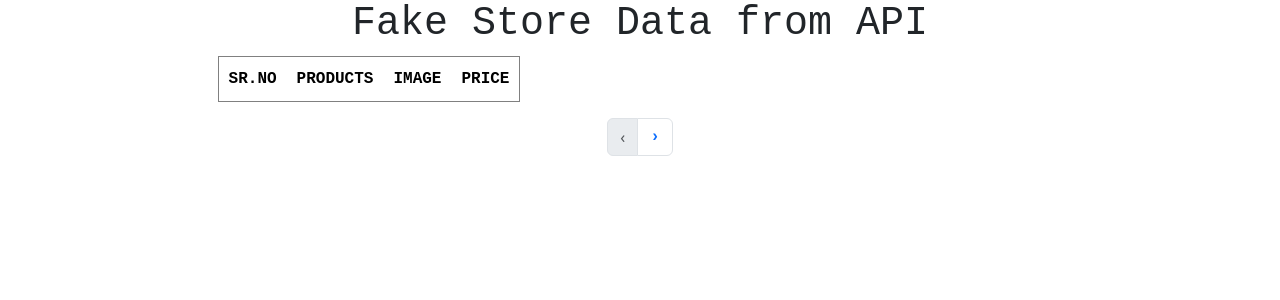
Repository: nisarg-patel612/Node_Integration_With_Frontend
Page: / (app in Frontend/FakeStore-API/)
An editor plug-in stored every save of this project. The page is shown before and after the next save, followed by the edit.
The browser window is 1280 px wide. The pictures show the whole page.
The page's requests for data from a server got no answer. The project was rebuilt for these pictures with package versions that can differ from the ones it lists, and the page was loaded fresh each time. No one was signed in, and anything a server would have sent is missing. Also part of the build but not shown: Frontend/FakeStore-API/vite.config.js, Frontend/FakeStore-API/src/index.css.

Above is the page before, as saved 2025-04-30 11:19:50.

### Frontend/FakeStore-API/src/App.jsx
import React from "react"
import './App.css'
import FakeStoreAPi from "./Components/Fake_Store_API"
import 'bootstrap/dist/css/bootstrap.min.css';


function App() {

  return (

    // Fake Store API
    <FakeStoreAPi />

  )
}

export default App

### Frontend/FakeStore-API/src/App.css
/* #root {
  max-width: 1280px;
  margin: 0 auto;
  padding: 2rem;
  text-align: center;
}

.logo {
  height: 6em;
  padding: 1.5em;
  will-change: filter;
  transition: filter 300ms;
}
.logo:hover {
  filter: drop-shadow(0 0 2em #646cffaa);
}
.logo.react:hover {
  filter: drop-shadow(0 0 2em #61dafbaa);
}

@keyframes logo-spin {
  from {
    transform: rotate(0deg);
  }
  to {
    transform: rotate(360deg);
  }
}

@media (prefers-reduced-motion: no-preference) {
  a:nth-of-type(2) .logo {
    animation: logo-spin infinite 20s linear;
  }
}

.card {
  padding: 2em;
}

.read-the-docs {
  color: #888;
} */


/* Fake_Store_API.jsx css code */
table {
  text-align: center;
  margin-left: 17%;
}
tr {
  color: black;
  font-size: large;
  font-weight: 600;
  font-family: monospace;
  text-transform: uppercase;
}
a {
  color: black;
  font-size: large;
  font-weight: 600;
  font-family: monospace;
  text-transform: uppercase;
}
td {
  font-size: large;
  font-family: math;
  font-weight: 600;
  font-family: monospace;
}
h1 {
  font-size: xx-large;
  font-family: math;
  font-weight: 600;
  font-family: monospace;
}
button.btn.btn-click {
  margin: 7px -214px 0 17%;
  background: grey;
  padding: 1%;
  width: 12%;
  font-family: monospace;
  font-weight: 700;
  font-size: x-large;
  color: azure;
}

### Frontend/FakeStore-API/src/Components/Fake_Store_API.jsx
import React, { useState, useEffect } from 'react';
import axios from 'axios';
import { Pagination } from 'react-bootstrap';

const FakeStoreAPi = () => {
    const [products, setProducts] = useState([]);
    const [currentPage, setCurrentPage] = useState(1);
    const itemsPerPage = 5;

    useEffect(() => {
        axios.get('http://localhost:5000/products')
            .then(response => setProducts(response.data))
            .catch(error => console.error('Error fetching data:', error));
    }, []);

    const indexOfLastItem = currentPage * itemsPerPage;
    const indexOfFirstItem = indexOfLastItem - itemsPerPage;
    const currentItems = products.slice(indexOfFirstItem, indexOfLastItem);

    const totalPages = Math.ceil(products.length / itemsPerPage);

    return (
        <div className='fakestore-api-main'>
            <h1 style={{ textAlign: 'center' }}>Fake Store Data from API</h1>
            <table border="1" cellPadding="10px" cellSpacing="2px">
                <thead>
                    <tr>
                        <th>Sr.No</th>
                        <th>Products</th>
                        <th>Image</th>
                        <th>Price</th>
                    </tr>
                </thead>
                <tbody>
                    {currentItems.map((product, index) => (
                        <tr key={product.id}>
                            <td>{index + 1 + (currentPage - 1) * itemsPerPage}</td>
                            <td><a href={`/product/${product.id}`}>{product.title}</a></td>
                            <td><img src={product.image} alt={product.title} width="50" /></td>
                            <td>${product.price}</td>
                        </tr>
                    ))}
                </tbody>
            </table>

            <div className='d-flex justify-content-center mt-3'>
                <Pagination>
                    <Pagination.Prev
                        onClick={() => setCurrentPage(prev => prev - 1)}
                        disabled={currentPage === 1}
                    />
                    {[...Array(totalPages)].map((_, index) => (
                        <Pagination.Item
                            key={index + 1}
                            active={index + 1 === currentPage}
                            onClick={() => setCurrentPage(index + 1)}
                        >
                            {index + 1}
                        </Pagination.Item>
                    ))}
                    <Pagination.Next
                        onClick={() => setCurrentPage(prev => prev + 1)}
                        disabled={currentPage === totalPages}
                    />
                </Pagination>
            </div>
        </div>
    );
};

export default FakeStoreAPi;

Loaded but not shown: Frontend/FakeStore-API/index.html (common file); Frontend/FakeStore-API/src/main.jsx (common file)

After the next save:
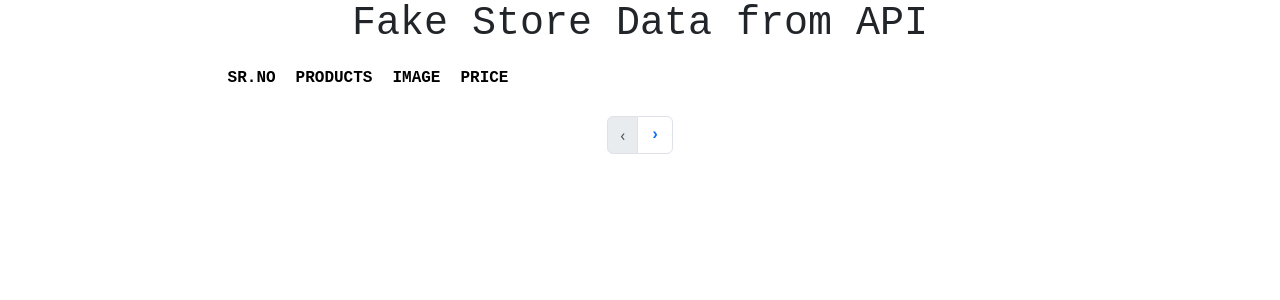
Saved 58 s later.
--- a/Frontend/FakeStore-API/src/Components/Fake_Store_API.jsx
+++ b/Frontend/FakeStore-API/src/Components/Fake_Store_API.jsx
@@ -22,7 +22,8 @@ const FakeStoreAPi = () => {
     return (
         <div className='fakestore-api-main'>
             <h1 style={{ textAlign: 'center' }}>Fake Store Data from API</h1>
-            <table border="1" cellPadding="10px" cellSpacing="2px">
+            <table className="table-bordered-custom" cellPadding="10px" cellSpacing="2px">
+
                 <thead>
                     <tr>
                         <th>Sr.No</th>
